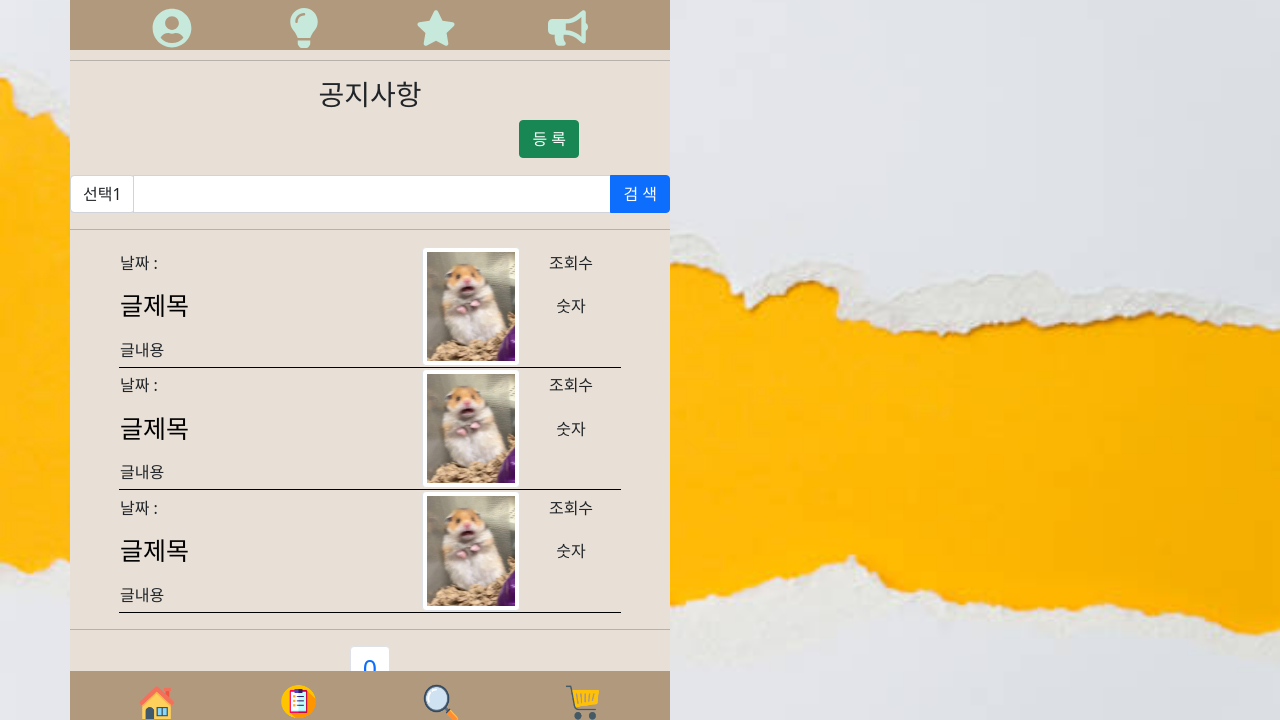
Repository: heegyu97/project
Page: http://localhost/0801_mvc2/WEB-INF/views/notice/notice.jsp
These files come from the project's save history. The page is drawn as it stood at one moment and after the next save; the edit follows.
The browser window is 1280 px wide. The pictures show the whole page.
An inner scrolling area shows only its first screen. Some web libraries are served in a nearby version. The page is served by Tomcat 9. Nobody is signed in. The template is opened directly, without the code that normally fills it, so the values that code supplies are empty.

Above is the page before, as saved 2022-08-11 05:54:57.

After the next save:
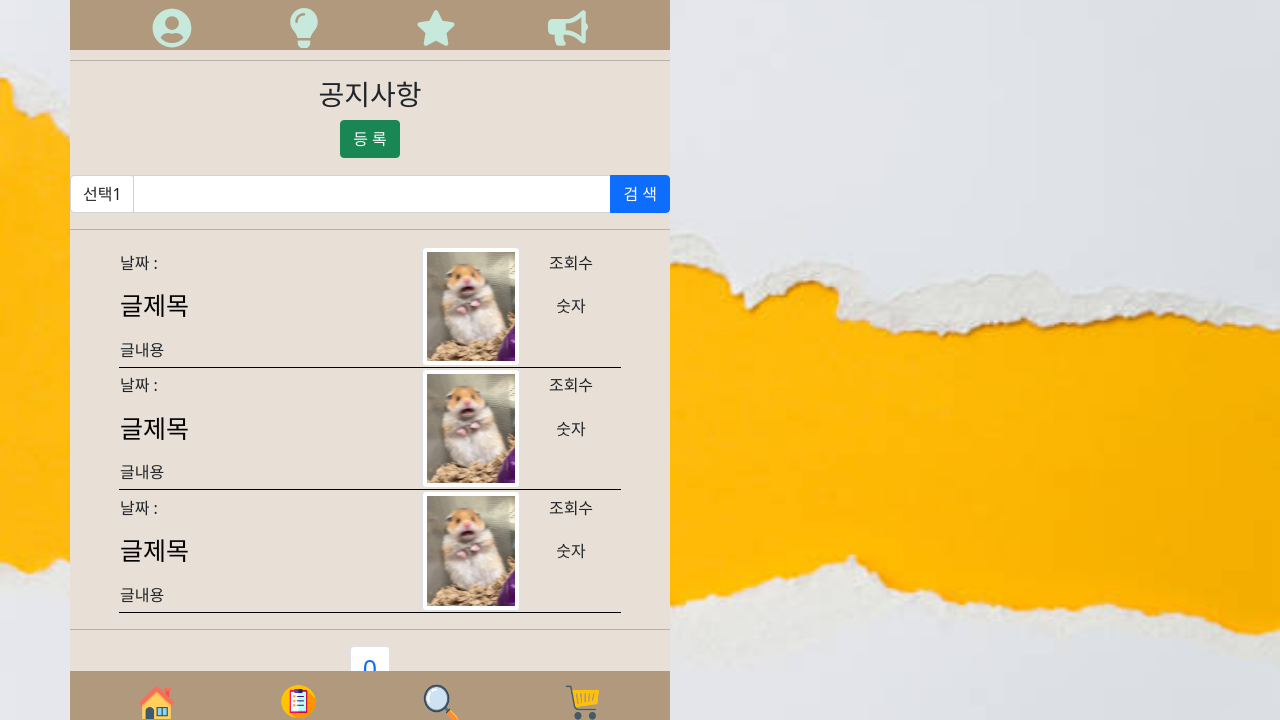
Saved 99 s later.
--- a/0720/0801_mvc2/src/main/webapp/WEB-INF/views/notice/notice.jsp
+++ b/0720/0801_mvc2/src/main/webapp/WEB-INF/views/notice/notice.jsp
@@ -43,7 +43,7 @@
 					<td class="text-center">
 						<h3> 공지사항 </h3>
 						<a href="${pageContext.request.contextPath}/notice/noticewriteform">
-							<button  class="btn btn-success float-right mb-3">등 록</button>
+							<button  class="btn btn-success  mb-3">등 록</button>
 						</a>
 					</td>
 

After the save that followed:
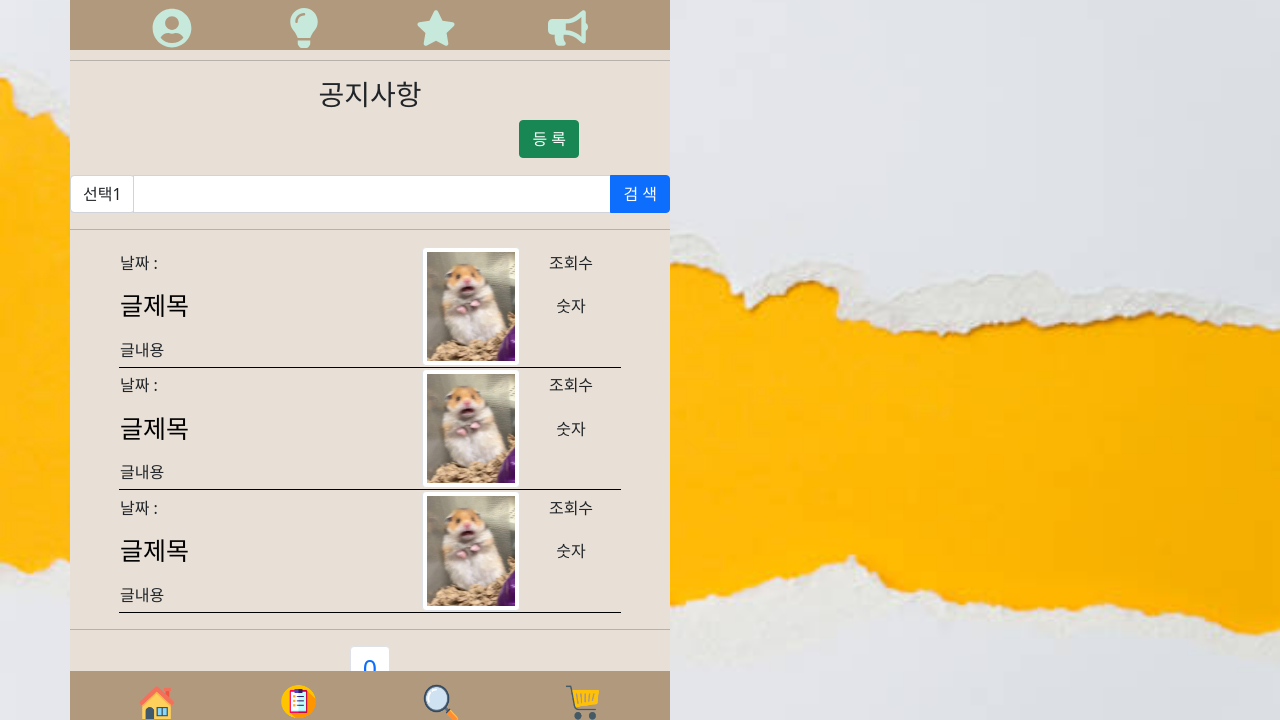
Saved 8 s later.
--- a/0720/0801_mvc2/src/main/webapp/WEB-INF/views/notice/notice.jsp
+++ b/0720/0801_mvc2/src/main/webapp/WEB-INF/views/notice/notice.jsp
@@ -43,7 +43,7 @@
 					<td class="text-center">
 						<h3> 공지사항 </h3>
 						<a href="${pageContext.request.contextPath}/notice/noticewriteform">
-							<button  class="btn btn-success  mb-3">등 록</button>
+							<button  class="btn btn-success float-right mb-3">등 록</button>
 						</a>
 					</td>
 
